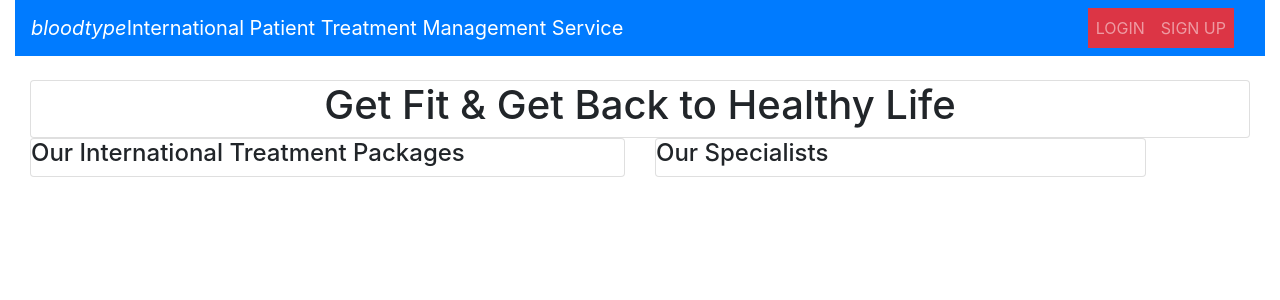
Repository: Vineet2408/POD-Cognizant
Page: http://localhost/iptms-UIportal/WEB-INF/view/home.jsp
The author's editor kept a copy of each file at every save. The page is drawn from the files as they stood at one save, then again after the next save.
The browser window is 1280 px wide. The pictures show the whole page.
The page is served by Tomcat 9. Nobody is signed in. Other server files are loaded and not shown. The template is opened directly, without the code that normally fills it, so the values that code supplies are empty.

Above is the page before, as saved 2021-03-07 15:41:26.

### iptms-UIportal/src/main/webapp/WEB-INF/view/home.jsp
<%@ page language="java" contentType="text/html; charset=ISO-8859-1"
    pageEncoding="ISO-8859-1"
    isELIgnored="false"
    %>
    <%@ taglib prefix="fmt" uri="http://java.sun.com/jsp/jstl/fmt"%>
	<%@ taglib prefix="c" uri="http://java.sun.com/jsp/jstl/core"%>
<html>
<head>
<%@ include file="headlink.jsp"%>
<title>Home</title>
</head>
<body>
	<div class="container-fluid">
	<%@ include file="homeheader.jsp"%>
	<br>
	<!-- header............................................................................................. -->


<div class="container-fluid justify-content-center" id="heading">
    <div class="card justify-content-center">
        <h1 class="text-center">Get Fit  &  Get Back to Healthy Life</h1>

    </div>

</div>
    <div class="container-fluid">
            <div class="row">
                    <div class="col-md-6">
                        <div class="card">
                            <h4>Our International Treatment Packages</h4>
                        </div>
                        <br>
                            <div class="container" name="treatment-packages">
                                <!--start loop here-->
                                <c:forEach var="IPTreatmentPackages" items="${iPTreatmentPackageList}">
                                <div class="row" name="main-row-treatment-packages">
                                    <div class="col">
                                        <div class="card" >
                                            <div class="container">
                                                    <div class="row">
                                                        <div class="col-md-4" name="treatment-ailment-name">
                                                        	<div class="card">
                                                        	<label>Ailment Category</label><br>
                                                        	<label>${IPTreatmentPackages.ailmentCategory}</label>
                                                        	</div>
                                                            <br>
                                                        </div>
                                                        <div class="col-md-4" name="treatment-package-name">
                                                        	<div class="card">
                                                        	<label>Package Name</label><br>
                                                            <label>${IPTreatmentPackages.packageDetail.treatmentPackageName}</label>
                                                       		</div>
                                                       		<br>
                                                        </div>
                                                        <div class="col-md-4" name="treatment-package-cost">
                                                            <label>${IPTreatmentPackages.packageDetail.cost}</label>
                                                        </div>
                                                    </div>
                                                    <div class="row">
                                                        <div class="col-md-6" name="treatment-package-test-detail">
                                                        	<div class="card">
                                                        	<label>Test Detail</label><br>
                                                            <label>${IPTreatmentPackages.packageDetail.testDetails}</label>
                                                        	</div>
                                                        	<br>
                                                        </div>
                                                        <div class="col-md-6" name="treatment-package-treatment-duration">
                                                            <div class="card">
                                                                <label>Treatment Duration</label><br>
                                                                ${IPTreatmentPackages.packageDetail.treatmentDuration}
                                                            </div>
                                                            <br>
                                                        </div>
                                                    </div>
                                            </div>
                                        </div>
                                        <br>
                                    </div>
                                </div>
                                </c:forEach>
                                  <!--end loop here-->

                            </div>
                    </div>
                    <div class="col-md-5">
                        <div class="card">
                            <h4>Our Specialists</h4>
                        </div>
                       <br>
                        <div class="container" name="specialists">
                            <!--start loop here-->
                            <c:forEach var="specialist" items="${specialistList}">
                            <div class="row" name="main-row-specialist">
                                <div class="col">
                                    <div class="card" >
                                        <div class="container">
                                                <div class="row">
                                                    <div class="col-md-6" name="specialist--name">
                                                        <label>${specialist.name}</label>
                                                    </div>
                                                    <div class="col-md-6" name="experience-cost">
                                                        <label>${specialist.experienceInYears} years of Experience</label>
                                                    </div>
                                                </div>
                                                <div class="row">
                                                    <div class="col-md-6" name="area-of-experties">
                                                        <div class="card">
                                                            <label>Area of Experties</label><br>
                                                            ${specialist.areaOfExpertise}
                                                        </div>
                                                        <br>
                                                    </div>
                                                </div>
                                        </div>
                                    </div>
                                    <br>
                                </div>
                            </div>
                            </c:forEach>
                           <!--end loop here-->
                        </div>
                    </div>


            </div>
    </div>

	</div>
</body>
</html>

### iptms-UIportal/src/main/webapp/WEB-INF/view/headlink.jsp
<!-- Latest compiled and minified CSS -->
<link rel="stylesheet"
	href="https://maxcdn.bootstrapcdn.com/bootstrap/4.4.1/css/bootstrap.min.css">
      <link rel="stylesheet" href="https://stackpath.bootstrapcdn.com/bootstrap/4.3.1/css/bootstrap.min.css"
        integrity="sha384-ggOyR0iXCbMQv3Xipma34MD+dH/1fQ784/j6cY/iJTQUOhcWr7x9JvoRxT2MZw1T" crossorigin="anonymous">
        <link href="https://fonts.googleapis.com/icon?family=Material+Icons" rel="stylesheet">
<!-- jQuery library -->
<script
	src="https://ajax.googleapis.com/ajax/libs/jquery/3.4.1/jquery.min.js"></script>

<!-- Popper JS -->
<script
	src="https://cdnjs.cloudflare.com/ajax/libs/popper.js/1.16.0/umd/popper.min.js"></script>

<!-- Latest compiled JavaScript -->
<script
	src="https://maxcdn.bootstrapcdn.com/bootstrap/4.4.1/js/bootstrap.min.js"></script>
<meta http-equiv="Content-Type" content="text/html; charset=ISO-8859-1">

### iptms-UIportal/src/main/webapp/WEB-INF/view/homeheader.jsp
<%@ page language="java" contentType="text/html; charset=ISO-8859-1"
    pageEncoding="ISO-8859-1"
    isELIgnored="false"
    %>
<!DOCTYPE html>
<html>
<head>
<%@ include file="headlink.jsp"%>
<title></title>
</head>
<body>
 <header>
        <div class="jumbotron-fluid bg-danger text-white">
            <nav class="navbar navbar-expand-md navbar-dark bg-primary text-white justify-content-center" id="navbar" >
                <a href="IPPackagesview.html" class="navbar-brand"><i class="material-icons">bloodtype</i>International Patient Treatment Management Service</a>
                <button class="navbar-toggler" data-toggle="collapse" data-target="#truyumbar">
                    <span class="navbar-toggler-icon"></span>
                </button>
                <div class="container">
                    <div class="collapse navbar-collapse" id="truyumbar">
                        <ul class="navbar-nav ml-auto">
                            <li class="nav-item"><a href="/login" class="nav-link btn-danger">LOGIN</a></li>
                            <li class="nav-item"><a href="/signup" class="nav-link btn-danger">SIGN UP </a></li>
                        </ul>
                    </div>
                </div>
            </nav>
         </div>


    </header>

</body>
</html>

After the next save:
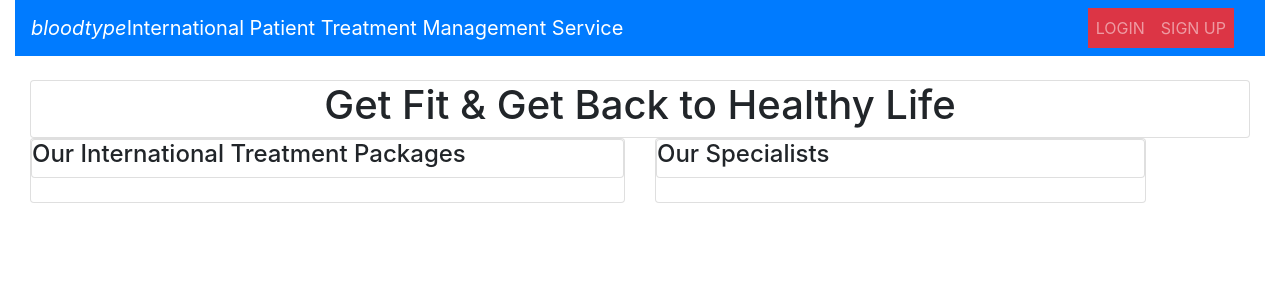
Saved 2 min 44 s later.
--- a/iptms-UIportal/src/main/webapp/WEB-INF/view/home.jsp
+++ b/iptms-UIportal/src/main/webapp/WEB-INF/view/home.jsp
@@ -26,6 +26,7 @@
     <div class="container-fluid">
             <div class="row">
                     <div class="col-md-6">
+                    	<div class="card">
                         <div class="card">
                             <h4>Our International Treatment Packages</h4>
                         </div>
@@ -82,7 +83,9 @@
 
                             </div>
                     </div>
+                    </div>
                     <div class="col-md-5">
+                    	<div class="card">
                         <div class="card">
                             <h4>Our Specialists</h4>
                         </div>
@@ -119,6 +122,7 @@
                             </c:forEach>
                            <!--end loop here-->
                         </div>
+                        </div>
                     </div>
 
 
